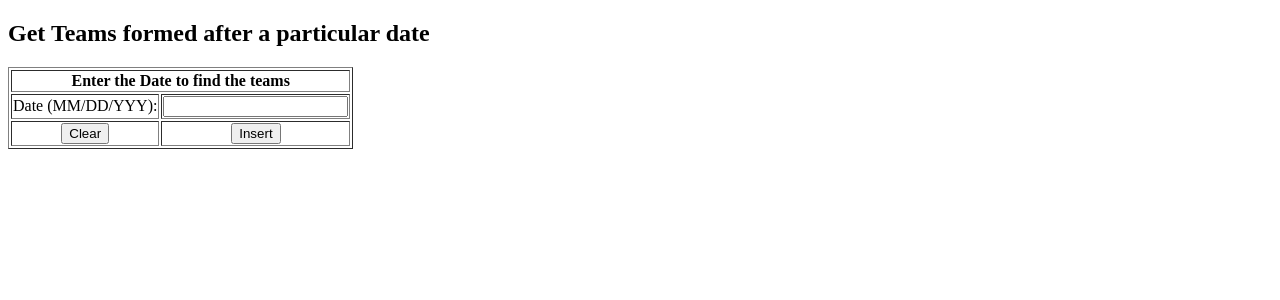
Repository: Harikiran-Madishetti/Patient-Assistance-Network
Page: http://localhost/IP_TASK7/get_teams_form.jsp
These files come from the project's save history. The page is drawn as it stood at one moment and after the next save; the edit follows.
The browser window is 1280 px wide. The pictures show the whole page.
The page is served by Tomcat 9.

Above is the page before, as saved 2020-11-16 19:08:01.

After the next save:
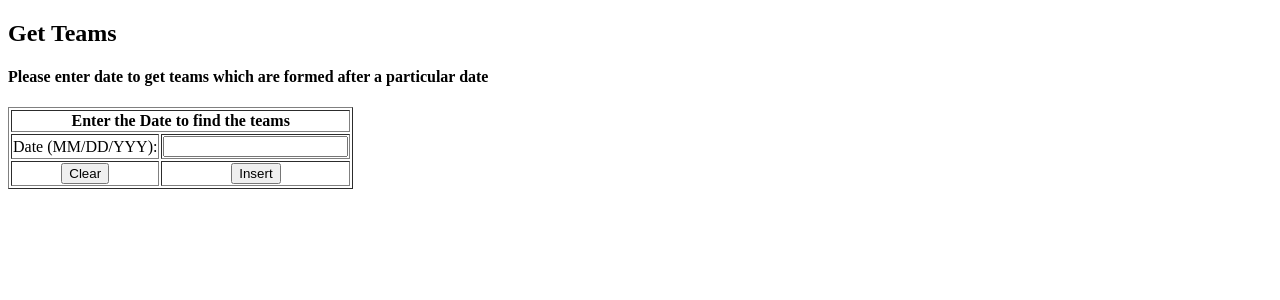
Saved 110 s later.
--- a/JDBC Connector/WEB Application/IP_TASK7/WebContent/get_teams_form.jsp
+++ b/JDBC Connector/WEB Application/IP_TASK7/WebContent/get_teams_form.jsp
@@ -5,7 +5,8 @@
         <title>Get Teams</title>
     </head>
     <body>
-        <h2>Get Teams formed after a particular date</h2>
+        <h2>Get Teams </h2>
+        <h4>Please enter date to get teams which are formed after a particular date </h4>
         <!--
             Form for collecting user input for the new movie_night record.
             Upon form submission, add_movie.jsp file will be invoked.
